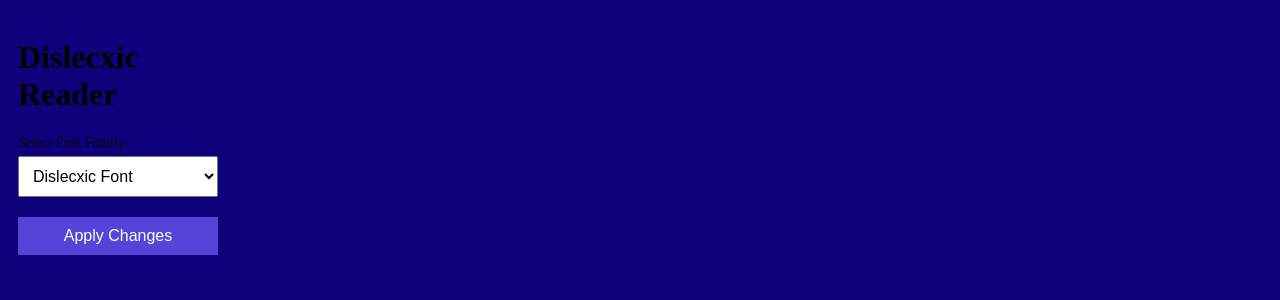
Repository: adatechschool/extension-navigateur-extension_walid_eliana_imelda
Page: Extention 3/popup.html
These files come from the project's save history. The page is drawn as it stood at one moment and after the next save; the edit follows.
The browser window is 1280 px wide. The pictures show the whole page.

Above is the page before, as saved 2024-01-12 15:53:29.

### Extention 3/popup.html
<!-- popup.html -->
<!DOCTYPE html>
<html>
<head>
  <link rel="stylesheet" type="text/css" href="popup.css">
  <script type="module" src="popup.js"></script>

  <link rel="preconnect" href="https://fonts.googleapis.com">
<link rel="preconnect" href="https://fonts.gstatic.com" crossorigin>
<link href="https://fonts.googleapis.com/css2?family=Montserrat:wght@400;700&display=swap" rel="stylesheet">

</head>
<body>
    <h1> Dislecxic Reader </h1>
  <label for="font-family">Select Font Family:</label>

  <select id="font-family">

    <option value="Montserrat">Dislecxic Font</option>

    <option value="Arial"> Lettres en Gras</option>

    <option value="Courier New"> Le deux</option>
    <!-- Add more font options as needed -->
  </select>

  <button id="apply-button">Apply Changes</button>
</body>
</html>

### Extention 3/popup.css
body {
    width: 200px;
    padding: 10px;
    background-color: #0f007c;
  }

  label {
    display: block;
    margin-bottom: 5px;
    font-size: 14px;
  }

  select, button {
    width: 100%;
    margin-bottom: 20px;
    padding: 10px;
    font-size: 16px;
  }

  button {
    background-color: #5544d7;
    color: white;
    border: 5px;
    cursor: pointer;
  }

  button:hover {
    background-color: #357ae8;
  }

### Extention 3/popup.js
document.addEventListener('DOMContentLoaded', function() {
    var applyButton = document.getElementById('apply-button');
    var fontFamilySelect = document.getElementById('font-family');

    applyButton.addEventListener('click', function() {
      var selectedFontFamily = fontFamilySelect.value;
      chrome.tabs.query({ active: true, currentWindow: true }, function(tabs) {
        chrome.tabs.sendMessage(tabs[0].id, { action: 'applyChanges', selectedFontFamily: selectedFontFamily });
      });
    });
  });

After the next save:
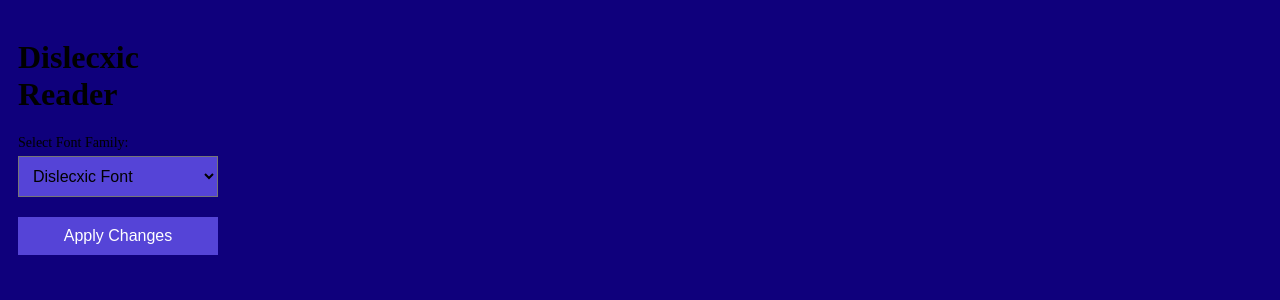
Saved 78 s later.
--- a/Extention 3/popup.css
+++ b/Extention 3/popup.css
@@ -2,6 +2,7 @@ body {
     width: 200px;
     padding: 10px;
     background-color: #0f007c;
+
   }
 
   label {
@@ -15,6 +16,7 @@ body {
     margin-bottom: 20px;
     padding: 10px;
     font-size: 16px;
+    background-color:#5544d7;
   }
 
   button {
